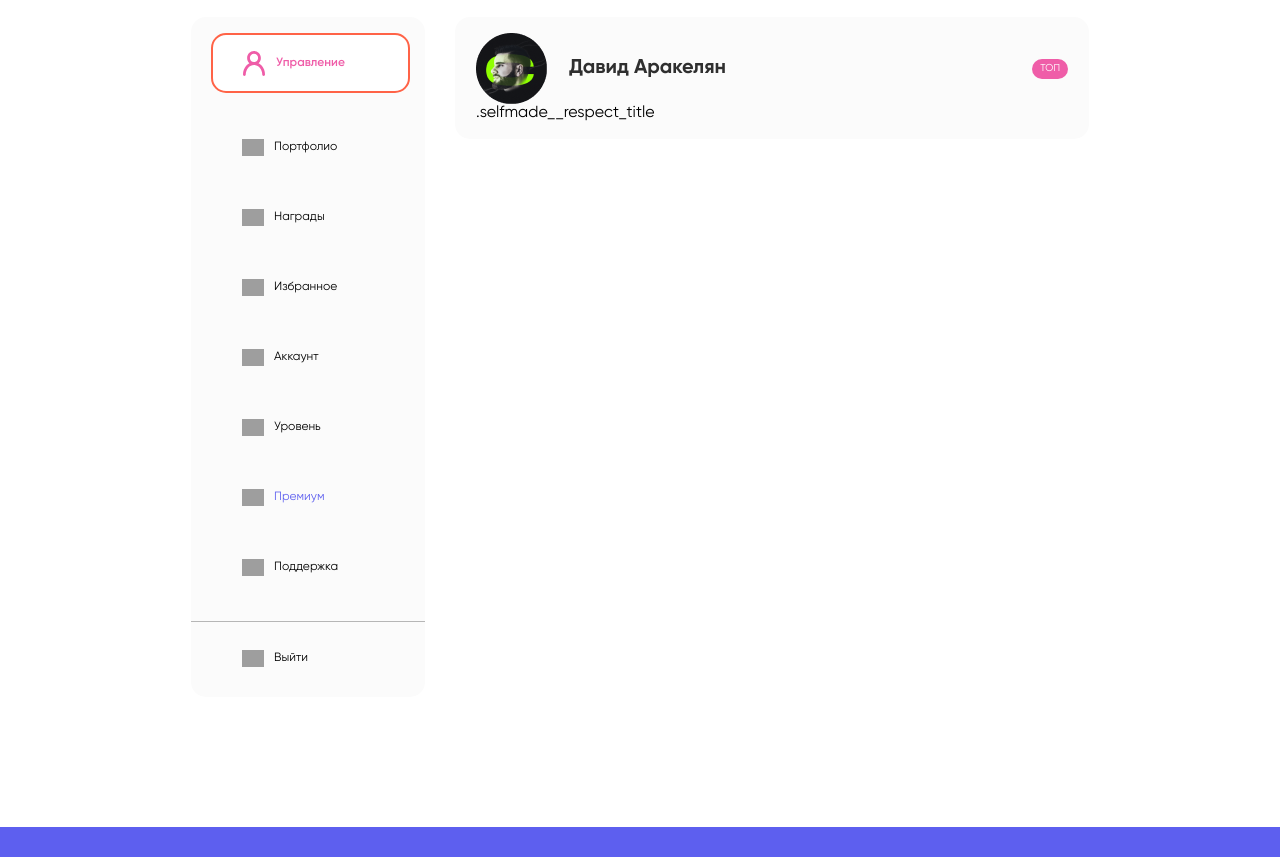
Repository: alexboagreek/selfmade
Page: index.html
The author's editor kept a copy of each file at every save. The page is drawn from the files as they stood at one save, then again after the next save.
The browser window is 1280 px wide. The pictures show the part of the page from y = 353 to 1210 px (the page is 1719 px tall).
Pictures or frames that could not be fetched are drawn as grey boxes. A picture or video elsewhere on the page could not be fetched, so the positions and the page height are approximate.

Above is the page before, as saved 2022-12-13 12:42:02.

### index.html
<!DOCTYPE html>
<html lang="ru">
<head>
    <meta charset="UTF-8">
    <meta http-equiv="X-UA-Compatible" content="IE=edge">
    <meta name="viewport" content="width=device-width, initial-scale=1.0">
    <link rel="stylesheet" href="css/style.css">
    <link rel="icon" type="image/png" sizes="64x64" href="assets/icons/favicon.png">
    <link rel="icon" type="image/png" sizes="48x48" href="assets/icons/favicon_48.png">
    <title>Selfmade</title>
</head>
<body>
    <header class="header">
        <div class="header__container">
            <h1 class="visually-hidden">Selfmade...</h1>
            <div class="header__box">
                <div class="header__logo">
                    <a href="/"><img src="./assets/icons/header_logo.svg" alt="Логотип Selfmade"></a>
                </div>
                <div class="header__login">
                    <div class="header__alarm">
                        <img class="header__alarm_icon" src="assets/icons/bell.svg" alt="authorization bell">
                    </div>
                    <p class="user__name">Аракелян Д.</p>
                    <div class="user__login">
                        <img src="assets/icons/user_icon.svg" alt="user icon">
                    </div>
                </div>

            </div>

        </div>
    </header>

    <main class="main main__container">
        <div class="sidebar">
            <ul class="menu__list">
                <li class="menu__list_item menu__list_item_fix">
                    <button class="menu__list_button menu__button_control control__text">Управление</button>
                </li>
                <li class="menu__list_item list_item_fix">
                    <button class="menu__list_button menu__button_portfolio">Портфолио</button>
                </li>
                <li class="menu__list_item list_item_fix">
                    <button class="menu__list_button menu__button_star">Награды</button>
                </li>
                <li class="menu__list_item list_item_fix">
                    <button class="menu__list_button menu__button_like">Избранное</button>
                </li>
                <li class="menu__list_item list_item_fix">
                    <button class="menu__list_button menu__button_settings">Аккаунт</button>
                </li>
                <li class="menu__list_item list_item_fix">
                    <button class="menu__list_button menu__button_level">Уровень</button>
                </li>
                <li class="menu__list_item list_item_fix">
                    <button class="menu__list_button menu__button_premium menu__button_active">Премиум</button>
                </li>
                <li class="menu__list_item item__border list_item_fix">
                    <button class="menu__list_button menu__button_helper">Поддержка</button>
                </li>
                <li class="menu__list_item list_item_fix menu__line">
                    <button class="menu__list_button menu__button_exit">Выйти</button>
                </li>
            </ul>
        </div>
        <div class="content">
            <section class="interface">
                <div class="interface__box">
                    <div class="interface__box_header interface__line">
                        <div class="user__info">
                            <img src="assets/img/interface.png" alt="Логотип интерфейса юзера | user interface logo" class="interface__img">
                            <p class="interface__text">Давид Аракелян</p>
                        </div>
                        <div class="interface__rating">Топ</div>
                    </div>
                    <div class="selfmade__respect">
                        .selfmade__respect_title
                    </div>
                </div>
            </section>
        </div>
    </main>

  <footer class="footer">
    <div class="footer__container">
        <div class="footer__box">
            <img src="./assets/icons/footer_logo.svg" alt="Логотип Selfmade">
            <div class="footer__social">
                <ul class="footer__social_list">
                    <li class="footer__social_list_item">
                        <svg width="15" height="14" viewbox="0 0 15 14" fill="none" xmlns="http://www.w3.org/2000/svg">
                            <path d="M0.911243 6.87875L4.18677 8.10128L5.45459 12.1786C5.53572 12.4397 5.85504 12.5363 6.067 12.363L7.89283 10.8745C8.08421 10.7186 8.35682 10.7108 8.55683 10.856L11.85 13.2469C12.0767 13.4117 12.3979 13.2875 12.4548 13.0135L14.8672 1.40935C14.9293 1.11007 14.6352 0.860402 14.3502 0.970619L0.907405 6.15646C0.575664 6.2844 0.578554 6.75408 0.911243 6.87875ZM5.25027 7.4505L11.6519 3.50775C11.7669 3.43709 11.8853 3.59266 11.7865 3.6843L6.50332 8.59526C6.31761 8.76813 6.19783 8.99946 6.1639 9.25055L5.98393 10.5842C5.9601 10.7623 5.70995 10.78 5.66081 10.6077L4.96866 8.17563C4.88939 7.89823 5.00491 7.60194 5.25027 7.4505Z" fill="#5D5FEF"/>
                        </svg>
                    </li>
                    <li class="footer__social_list_item">
                        <svg width="15" height="15" viewbox="0 0 15 15" fill="none" xmlns="http://www.w3.org/2000/svg">
                            <path fill-rule="evenodd" clip-rule="evenodd" d="M4.90509 0.6828C2.54568 0.6828 0.632996 2.59548 0.632996 4.9549V10.295C0.632996 12.6544 2.54568 14.5671 4.90509 14.5671H10.2452C12.6046 14.5671 14.5173 12.6544 14.5173 10.295V4.9549C14.5173 2.59548 12.6046 0.6828 10.2452 0.6828H4.90509ZM7.57515 3.88687C5.51067 3.88687 3.83707 5.56047 3.83707 7.62496C3.83707 9.68944 5.51067 11.363 7.57515 11.363C9.63964 11.363 11.3132 9.68944 11.3132 7.62496C11.3132 5.56047 9.63964 3.88687 7.57515 3.88687ZM11.5421 4.64975C12.0898 4.64975 12.5338 4.20573 12.5338 3.65801C12.5338 3.11029 12.0898 2.66627 11.5421 2.66627C10.9944 2.66627 10.5504 3.11029 10.5504 3.65801C10.5504 4.20573 10.9944 4.64975 11.5421 4.64975Z" fill="#5D5FEF"/>
                        </svg>
                    </li>
                    <li class="footer__social_list_item">
                        <svg width="16" height="9" viewbox="0 0 16 9" fill="none" xmlns="http://www.w3.org/2000/svg">
                            <path d="M12.9479 4.91454C12.7006 4.61918 12.7714 4.48778 12.9479 4.22376C12.9511 4.22075 14.9925 1.55289 15.2028 0.648132L15.2041 0.647529C15.3086 0.317814 15.2041 0.0755005 14.6987 0.0755005H13.0263C12.6006 0.0755005 12.4043 0.283456 12.2991 0.516125C12.2991 0.516125 11.4477 2.44378 10.2431 3.69332C9.85434 4.05438 9.67462 4.17012 9.46239 4.17012C9.35787 4.17012 9.19535 4.05438 9.19535 3.72467V0.647529C9.19535 0.252112 9.07617 0.0755005 8.72373 0.0755005H6.09412C5.82709 0.0755005 5.66839 0.259948 5.66839 0.431737C5.66839 0.80666 6.27066 0.892856 6.33312 1.9477V4.23642C6.33312 4.73792 6.23689 4.83015 6.02338 4.83015C5.45489 4.83015 4.07508 2.89465 3.25739 0.679476C3.09232 0.249701 2.93108 0.0761032 2.50216 0.0761032H0.829178C0.351821 0.0761032 0.255585 0.284059 0.255585 0.516728C0.255585 0.927817 0.824079 2.97181 2.89921 5.67222C4.28221 7.51549 6.22988 8.51428 8.00164 8.51428C9.06661 8.51428 9.19663 8.29246 9.19663 7.91091C9.19663 6.14961 9.10039 5.98325 9.63383 5.98325C9.88111 5.98325 10.3068 6.09898 11.3011 6.98806C12.4374 8.04231 12.6242 8.51428 13.2602 8.51428H14.9326C15.4093 8.51428 15.6508 8.29246 15.5119 7.85485C15.1939 6.93442 13.0448 5.04112 12.9479 4.91454V4.91454Z" fill="#5D5FEF"/>
                        </svg>
                    </li>
                    <li class="footer__social_list_item">
                        <svg width="7" height="14" viewbox="0 0 7 14" fill="none" xmlns="http://www.w3.org/2000/svg">
                            <path d="M5.1126 2.93661H6.8285V0.446777H4.81141V0.455757C2.36736 0.540786 1.86645 1.89031 1.8223 3.30771H1.81727V4.55101H0.153015V6.9893H1.81727V13.5253H4.3254V6.9893H6.37996L6.77685 4.55101H4.32622V3.79984C4.32622 3.32082 4.65072 2.93661 5.1126 2.93661Z" fill="#5D5FEF"/>
                        </svg>
                    </li>
                </ul>
            </div>
        </div>
        <div class="footer__services">
            <ul class="services__list">
                <li class="services__list_item">Как работает сервис?</li>
                <li class="services__list_item">Советы от SELFMADE</li>
                <li class="services__list_item">Пользовательское соглашение</li>
                <li class="services__list_item">Почему SELFMADE</li>
                <li class="services__list_item">Помощь и поддержка</li>
            </ul>
        </div>
    </div>
    <div class="footer__copyright">
        <ul class="footer__copyright_list">
            <li class="footer__copyright_list_item footer__copy_text">© SELFMADE.TEAM 2022</li>
            <li class="footer__copyright_list_item footer__copy_text-info">ИНН 431207720494 / ОГРНИП 320508100324371</li>
            <li class="footer__copyright_list_item">
                <a class="footer__copyright_link" href="#">Политика конфиденциальности</a>
            </li>
        </ul>
    </div>

  </footer>
</body>
</html>

### css/style.css
@import 'normalize.css';
@import 'fonts.css';
@import 'default.css';
@import 'header.css';
@import 'sidebar.css';
@import 'interface.css';
@import 'footer.css';

### css/fonts.css
@font-face {
    font-family: Gilroy;
    src: url(../assets/fonts/Gilroy-Regular.woff2) format('woff2'),
    url(../assets/fonts/Gilroy-Regular.woff) format('woff');
    font-weight: 400;
}

@font-face {
    font-family: Gilroy;
    src: url(../assets/fonts/Gilroy-Semibold.woff2) format('woff2'),
    url(../assets/fonts/Gilroy-Semibold.woff) format('woff');
    font-weight: 500;
}

@font-face {
    font-family: Gilroy;
    src: url(../assets/fonts/Gilroy-Bold.woff2) format('woff2'),
    url(../assets/fonts/Gilroy-Bold.woff) format('woff');
    font-weight: 600;
}

### css/default.css
:root {
    --color-control-text:#EF5DA8;
    --color-menu: #F0F0F0;
    --color-menu-active: #5D5FEF;
    --color-alarm: #EF5DA8;
    --color-main: #FBFBFB;
    --footer-color-main: #5D5FEF;
    --footer-color-copyright: #5556D3;
    --footer-social-color: #FFFFFF;
    --footer-copyright-link: #B6B6B6;
}

html {
  overflow-x: hidden;
  position: relative;
  box-sizing: border-box;
}

*,
*::before,
*::after {
  box-sizing: inherit;
}

body {
  display: flex;
  flex-direction: column;
  min-width: 320px;
  height: 100%;
  font-family: Gilroy, sans-serif;
  background-color: #FFFFFF;
  font-size: 16px;
  overflow-x: hidden;
  position: relative;
}

img,
svg {
  max-width: 100%;
  max-height: 100%;
  height: auto;
}

button {
  padding: 0;
  cursor: pointer;
  border: none;
  background-color: transparent;
}

a {
  text-decoration: none;
  color: inherit;
}

ul {
  list-style: none;
  padding: 0;
  margin: 0;
}

h1,
h2,
h3,
p,
figure,
fieldset {
  margin: 0;
}

iframe {
  border: none;
}

fieldset {
  padding: 0;
  border: 0;
}

.visually-hidden {
  position: fixed;
  transform: scale(0);
}

.container {
    max-width: 1400px;
    padding: 0 100px;
    margin: 0 auto;
}

### css/header.css
.header {
    padding-top: 28px;
    padding-bottom: 37px;
    flex: 0 0 auto;
    background-color: #FFFFFF;
}

.header__box {
    display: flex;
    justify-content: space-between;
    align-items: center;
}

.header__container {
    max-width: 1500px;
    margin: 0 auto;
    padding: 0 100px;
}

.header__alarm {
    position: relative;
    margin-right: 11px;
}

.header__alarm::after {
    position: absolute;
    top: 0;
    content: '';
    width: 5px;
    height: 5px;
    background-color: var(--color-alarm);
    border-radius: 50%;
}
.user__name {
    margin-right: 6px;
}

.header__login {
    display: flex;
    align-items: center;
}

.user__login {
    cursor: pointer;
}

.services__list_item {
    cursor: pointer;
}

### css/sidebar.css
.main {
    display: flex;
}

.main__container {
    max-width: 1200px;
    margin: 0 auto;
}

.sidebar {
    display: flex;
    justify-content: center;
    width: 234px;
    border-radius: 15px;
    background-color: var(--color-main);
    margin-bottom: 130px;
    margin-right: 30px;
}

.menu__list_button {
    font-size: 12px;
    line-height: 16px;
    padding: 7px 8px 7px 40px;
    background-size: 22px;
    background-position: 8px center;
    background-repeat: no-repeat;
    border-radius: 50px;
    border: 1px solid transparent;
    white-space: nowrap;
    outline: none;
    margin-bottom: 38px;
}

.menu__list_item_fix {
    display: flex;
    padding-left: 20px;
    align-items: flex-start;
}

.menu__button_active {
    color: var(--color-menu-active);
}

.menu__button_control {
    width: 199px;
    margin-top: 16px;
    border-radius: 15px;
    border: 2px solid tomato;
    padding: 20px;
    background-color: #FFFFFF;
    background-image: url('../assets/icons/user__icon.svg');
    background-position: calc(30px);
}

.control__text {
    font-weight: 500;
    color: var(--color-control-text);
}

.menu__button_portfolio {
    background-image: url('../assets/icons/portfolio_icon.svg');
}
.menu__button_star {
    background-image: url('../assets/icons/star_icon.svg');
}

.menu__button_like {
    background-image: url('../assets/icons/like_icon.svg');
}
.menu__button_settings {
    background-image: url('../assets/icons/settings_icon.svg');
}
.menu__button_level {
    background-image: url('../assets/icons/level_icon.svg');
}
.menu__button_premium {
    background-image: url('../assets/icons/premium_icon.svg');
}

.menu__button_helper {
    background-image: url('../assets/icons/helper_icon.svg');
}

.menu__line {
    width: 234px;
    border-top: 1px solid var(--footer-copyright-link);
}
.menu__button_exit {
    background-image: url('../assets/icons/exit_icon.svg');
    margin-top: 20px;
    margin-bottom: 23px;
}

.list_item_fix {
    padding-left: 42px;
}

### css/interface.css
.interface__box {
    border-radius: 15px;
    padding: 16px 21px;
    width: 634px;
    background-color: var(--color-main);
}
.interface__box_header {
    display: flex;
    justify-content: space-between;
    align-items: center;
}
.user__info {
    display: flex;
    align-items: center;
}

.interface__text {
    font-weight: 700;
    font-size: 20px;
    margin-left: 22px;
    line-height: 1.06;
    color: #2F2F2F;
}

.interface__rating {
    padding: 4px 8px;
    border-radius: 47px;
    color: #FFFFFF;
    background-color: var( --color-control-text);
    font-size: 10px;
    text-transform: uppercase;
}

### css/footer.css
.footer {
    flex: 0 0 auto;
}

.footer__container {
    padding: 50px 140px 0px 140px;
    background-color: var(--footer-color-main);
}

.footer__box {
    display: flex;
    justify-content: space-between;
    background-color: var(--footer-color-main);
    margin-bottom: 50px;
}

.footer__social_list_item {
    display: flex;
    align-items: center;
    justify-content: center;
    width: 29px;
    height: 29px;
    background-color: var(--footer-social-color);
    border-radius: 50%;
    margin-right: 19px;
    cursor: pointer;
}

.footer__social_list_item:last-child {
    margin-right: 0;
}

.footer__social_list {
    display: flex;
}

.footer__services {
    padding-bottom: 41px;
}

.services__list {
    display: flex;
    justify-content: space-between;
}
.services__list_item {
    font-size: 16px;
    font-weight: 500;
    color: var(--footer-social-color);
}

.footer__copyright {
    padding: 30px 140px;
    border-top: 1px solid #FFFFFF;
    background-color: var(--footer-color-copyright);
}

.footer__copyright_list {
    display: flex;
    justify-content: space-between;
}

.footer__copy_text {
    font-weight: 500;
    line-height: 16px;
    color: var(--footer-social-color);
}

.footer__copy_text-info {
    font-weight: 400;
    color: var(--footer-social-color);
}
.footer__copyright_link {
    color: var(--footer-copyright-link);
}

Loaded but not shown: css/normalize.css (library)

After the next save:
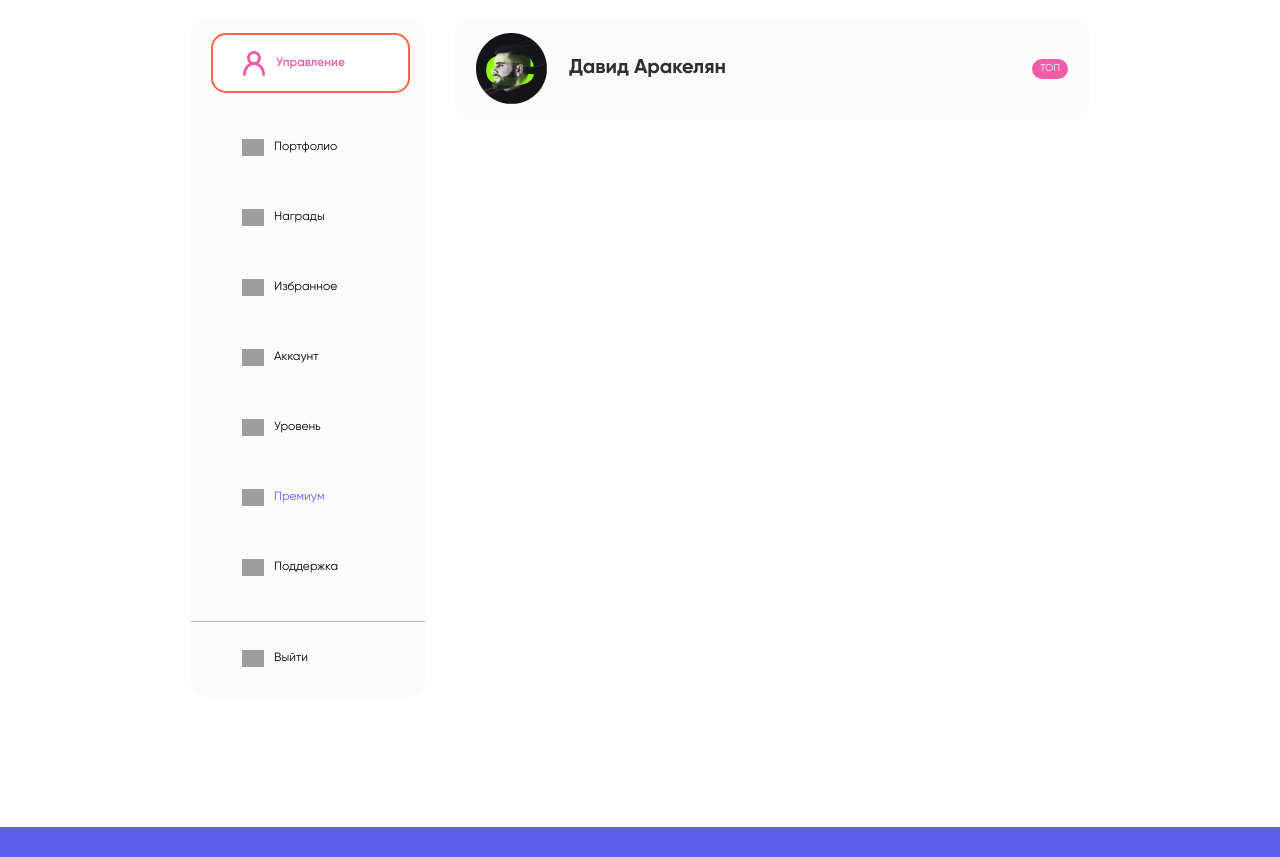
Saved 4 s later.
--- a/index.html
+++ b/index.html
@@ -75,7 +75,7 @@
                         <div class="interface__rating">Топ</div>
                     </div>
                     <div class="selfmade__respect">
-                        .selfmade__respect_title
+                        <div class="selfmade__respect_title"></div>
                     </div>
                 </div>
             </section>
